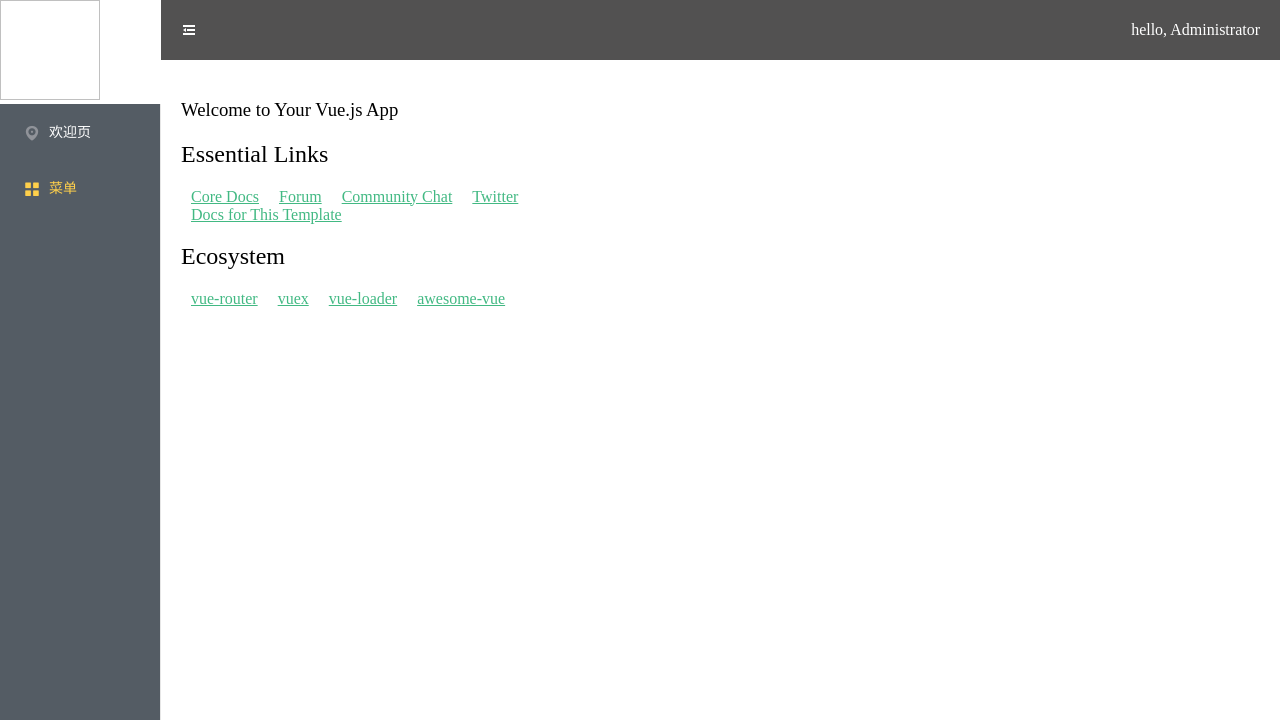
Repository: qianxuebing/admin
Page: /HelloWorld
An editor plug-in stored every save of this project. The page is shown before and after the next save, followed by the edit.
The browser window is 1280 px wide. The pictures show the whole page.
The project was rebuilt for these pictures with package versions that can differ from the ones it lists, and the page was loaded fresh each time. Imported but missing from the stored project, and not drawn on this page: src/views/home/Home.

Above is the page before, as saved 2019-12-09 16:23:55.

### src/main.js
// The Vue build version to load with the `import` command
// (runtime-only or standalone) has been set in webpack.base.conf with an alias.
import Vue from 'vue'
import App from './App'
import router from './router'
import ElementUI from 'element-ui'
import 'element-ui/lib/theme-chalk/index.css'
import store from './store/index'

Vue.use(ElementUI)

Vue.config.productionTip = false

/* eslint-disable no-new */
new Vue({
  el: '#app',
  router,
  store,
  components: { App },
  template: '<App/>'
})

### src/App.vue
<template>
  <div id="app">
    <router-view/>
  </div>
</template>

<script>
export default {
  name: 'App'
}
</script>

<style>
html,body {
  height: 100%;
  overflow: hidden;
  margin: 0;
  padding: 0;
}
  #app {
    height: 100%;
  }
</style>

### src/router/index.js
import Vue from 'vue'
import Router from 'vue-router'
import HelloWorld from '@/components/HelloWorld'
import Home from '@/views/home/Home'
import Layout from '@/views/layout/Layout'

Vue.use(Router)

export default new Router({
  mode: 'history',
  routes: [
    {
      path: '/',
      component: Layout,
      children: [
        {
          path: '/',
          name: 'Home',
          component: Home
        },
        {
          path: '/HelloWorld',
          name: 'HelloWorld',
          component: HelloWorld
        }
      ]
    }
  ]
})

### src/store/index.js
import Vue from 'vue'
import Vuex from 'vuex'

Vue.use(Vuex)

const store = new Vuex.Store({
  state: {
    isActive: false
  },
  getters: {

  },
  mutations: {
    TOGGLE_SIDEBAR (state) {
      state.isActive = !state.isActive
    }
  },
  actions: {
    toggleSideBar ({commit}) {
      commit('TOGGLE_SIDEBAR')
    }
  }
})

export default store

### src/views/layout/Layout.vue
<template>
  <el-container class="container">
      <side-bar></side-bar>
      <el-container>
          <el-header class="header">
            <nav-bar></nav-bar>
          </el-header>
          <el-main>
            <router-view></router-view>
          </el-main>
      </el-container>
  </el-container>
</template>

<script>
import SideBar from '../../components/SideBar'
import NavBar from '../../components/NavBar'
export default {
  components: {
    SideBar,
    NavBar
  }
}
</script>

<style>
  .container{
    height: 100%;
  }
  .header{
    background: rgb(82, 81, 81);
    color: #fff;
  }
</style>

### src/components/SideBar.vue
<template>
<div>
  <el-image
    style="width: 100px; height: 100px"
    :src="url"
    :fit="fit">
  </el-image>
  <el-menu router :default-active="$route.path" class="el-menu-vertical-demo menu" :collapse="isActive" background-color="#545c64" text-color="#fff"  acitve-background-color="#001528" active-text-color="#ffd04b">
    <template v-for="item in sideBarData">
      <el-menu-item :index="item.path" :key="item.id">
        <i :class="item.icon"></i>
        <span slot="title">{{ item.title }}</span>
      </el-menu-item>
    </template>
  </el-menu>
</div>
</template>

<script>
import { mapState } from 'vuex'
import sideBarData from './mock.js'
export default {
  data () {
    return {
      sideBarData: sideBarData
    }
  },
  computed: {
    ...mapState(['isActive'])
  }
}
</script>

<style>
  .menu {
    height: 100%;
    overflow: auto;
    border: 0;
  }
  .el-menu-vertical-demo:not(.el-menu--collapse) {
    width: 160px;
  }
</style>

### src/components/NavBar.vue
<template>
  <div class="header-inner">
    <i :class="`${isActive ? 'el-icon-s-unfold' : 'el-icon-s-fold'}`" @click="toggleSideBar"></i>
    <span>hello, Administrator</span>
  </div>
</template>

<script>
import { mapState } from 'vuex'
export default {
  computed: {
    ...mapState(['isActive'])
  },
  methods: {
    toggleSideBar () {
      this.$store.dispatch('toggleSideBar')
    }
  }
}
</script>

<style>
  .header-inner{
    height: 60px;
    display: flex;
    justify-content: space-between;
    align-items: center;
  }
</style>

### src/components/mock.js
const sideBarData = [
  {
    id: '01',
    path: '/',
    title: '欢迎页',
    icon: 'el-icon-location'
  }, {
    id: '02',
    path: '/HelloWorld',
    title: '菜单',
    icon: 'el-icon-menu'
  }
]

export default sideBarData

Loaded but not shown: index.html (common file); src/components/HelloWorld.vue (common file)

After the next save:
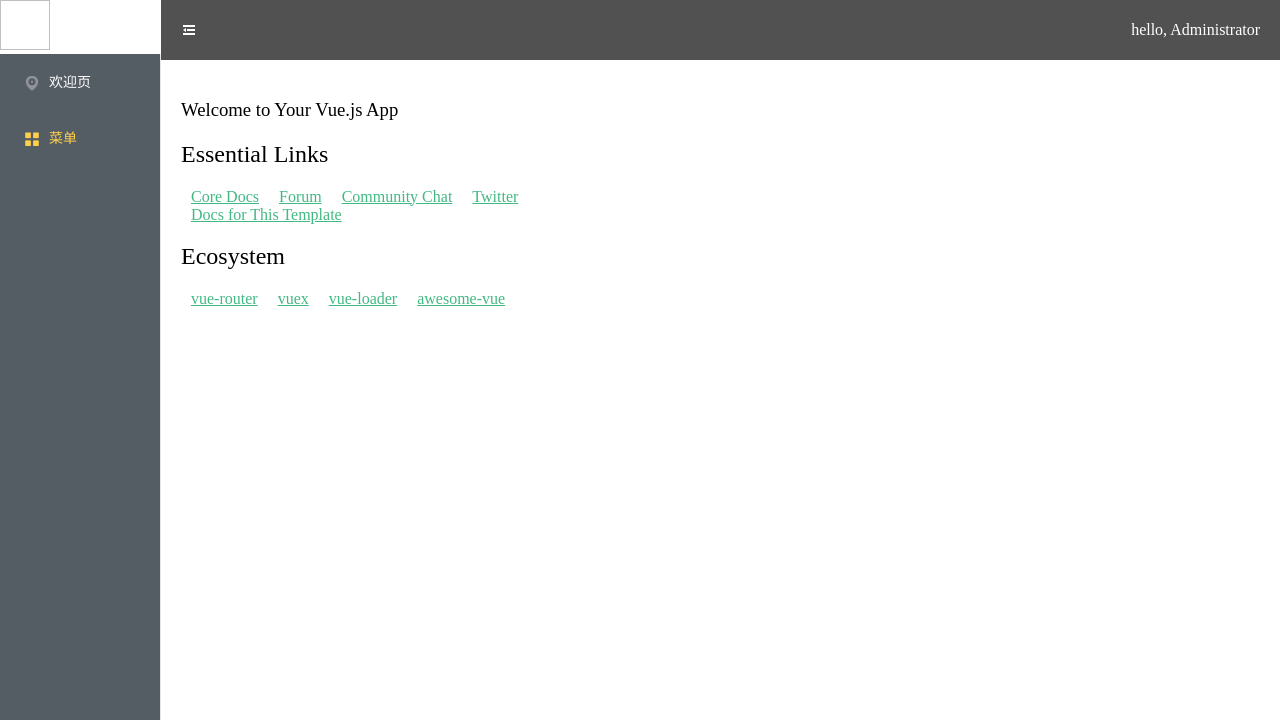
Saved 9 s later.
--- a/src/components/SideBar.vue
+++ b/src/components/SideBar.vue
@@ -1,7 +1,7 @@
 <template>
 <div>
   <el-image
-    style="width: 100px; height: 100px"
+    style="width: 50px; height: 50px"
     :src="url"
     :fit="fit">
   </el-image>
